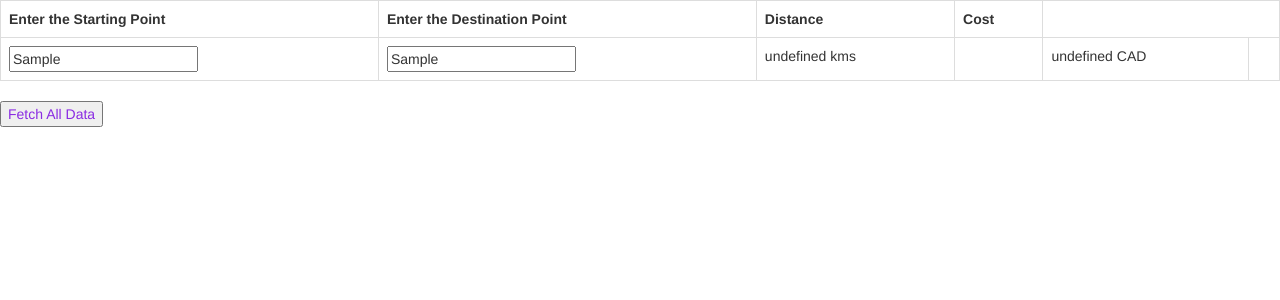
Repository: Gundeep-repos/407ETR_Assignment
Page: http://localhost/407ETR_Gundeep_Singh_assignment/
These files come from the project's save history. The page is drawn as it stood at one moment and after the next save; the edit follows.
The browser window is 1280 px wide. The pictures show the whole page.
Empty fields were first filled with sample values (such as "Sample", 5 or name@example.com).
After loading, the first visible `button` was clicked once.
The page is served by Tomcat 9. Other server files are loaded and not shown.

Above is the page before, as saved 2021-07-04 17:40:34.

### 407ETR_Gundeep_Singh_assignment/WebContent/index.jsp
<%@ page language="java" contentType="text/html; charset=ISO-8859-1" pageEncoding="ISO-8859-1"%>
<!DOCTYPE html PUBLIC "-//W3C//DTD HTML 4.01 Transitional//EN" "http://www.w3.org/TR/html4/loose.dtd">
<html>
<head>

<link href="css/bootstrap.css" rel="stylesheet" type="text/css"/>
<script src="jquery-1.12.2.min.js" type="text/javascript"></script>
<script src="js/bootstrap.js" type="text/javascript"></script>

<meta http-equiv="Content-Type" content="text/html; charset=ISO-8859-1">
<title>Insert title here</title>
<script>


function fetchCD(){


	var startingReference = document.getElementById("startingPoint").value;
	var destinationReference = document.getElementById("destinationPoint").value;
	var xhr = new XMLHttpRequest;


    // CORS Policy, should allow OPTIONS
    // AJAX uses OPTIONS instead of GET, POST which are enabled by default

    xhr.open("GET", "./ServiceClass?start="+startingReference+"&end="+destinationReference, true);

    // xhr.setRequestHeader('Access-Control-Allow-Origin','*');
    // xhr.setRequestHeader('Access-Control-Allow-Methods', 'OPTIONS');
    // xhr.setRequestHeader('Access-Control-Allow-Credentials', 'true');

    //for response receiving
    xhr.onreadystatechange = function ()
    {

    	if(xhr.readyState == 4 && xhr.status == 200){
    		alert("Hello");
    		var res = xhr.responseText.trim();

                console.log(res);

                var mainObj = JSON.parse(res);

                if(mainObj["status"] == "null"){
                	alert("Start Destination and End Destination should have some value");
                }else if(mainObj["status"] == "fail"){
                	alert("Incorrect Spellings for either Start/ End Destination");
                }

                document.getElementById("distance").innerHTML=mainObj["tripDistance"]+" kms";
                document.getElementById("cost").innerHTML=mainObj["costOfTrip"]+" CAD";
    	}

    };

    	xhr.send("Sent dete");

}



</script>
</head>
<body>

<div style="center">
<table class="table table-bordered">
<tr>
<th>Enter the Starting Point</th>
<th>Enter the Destination Point</th>
<th>Distance</th>
<th>Cost</th>
</tr>
<tr>
<td><input type="text" id="startingPoint"/></td>
<td><input type="text" id="destinationPoint"/></td>
<td id = "distance"><td>
<td id = "cost"><td>
</tr>
</table>
</div>
<button style="color: blueviolet" onclick="fetchCD()">Fetch All Data</button>
</body>
</html>

### 407ETR_Gundeep_Singh_assignment/src/ServiceClass.java

import java.io.FileReader;
import java.io.FileWriter;
import java.io.IOException;
import java.io.PrintWriter;
import java.nio.file.Path;
import java.nio.file.Paths;
import java.util.ArrayList;
import java.util.Arrays;
import java.util.HashMap;
import java.util.Iterator;
import java.util.Map;

import org.json.simple.JSONArray;
import org.json.simple.JSONObject;

import org.json.simple.parser.JSONParser;
import org.junit.Test;

import javax.servlet.ServletException;
import javax.servlet.annotation.WebServlet;
import javax.servlet.http.HttpServlet;
import javax.servlet.http.HttpServletRequest;
import javax.servlet.http.HttpServletResponse;


/**
 * Servlet implementation class ServiceClass
 */
@WebServlet("/ServiceClass")
public class ServiceClass extends HttpServlet {
	private static final long serialVersionUID = 1L;

    /**
     * @see HttpServlet#HttpServlet()
     */
    public ServiceClass() {
        super();
        // TODO Auto-generated constructor stub
    }

	/**
	 * @see HttpServlet#doGet(HttpServletRequest request, HttpServletResponse response)
	 */
	@SuppressWarnings("unchecked")
	protected void doGet(HttpServletRequest request, HttpServletResponse response) throws ServletException, IOException {
		// TODO Auto-generated method stub

		response.setContentType("text/html;charset=UTF-8");
		PrintWriter out = response.getWriter();

		JSONObject returnedObject = null;

		JSONParser parser = new JSONParser();

		String sPoint = request.getParameter("start");
		String ePoint = request.getParameter("end");

		if(sPoint==null || ePoint==null) {

			JSONObject nullObject = new JSONObject();

			nullObject.put("status", "null");
			nullObject.put("message", "Null Values Passed");

			returnedObject = nullObject;
			out.print(returnedObject.toJSONString());
 		}else {
			HelperClass helperObj = new HelperClass();
			returnedObject = helperObj.calculate(sPoint, ePoint);
			out.print(returnedObject.toJSONString());

		}


}

	/**
	 * @see HttpServlet#doPost(HttpServletRequest request, HttpServletResponse response)
	 */
	protected void doPost(HttpServletRequest request, HttpServletResponse response) throws ServletException, IOException {
		// TODO Auto-generated method stub
		doGet(request, response);
	}

}

### 407ETR_Gundeep_Singh_assignment/src/HelperClass.java
import java.io.File;
import java.io.FileReader;
import java.util.Arrays;
import java.util.HashMap;
import java.util.Map;

import org.json.simple.JSONArray;
import org.json.simple.JSONObject;
import org.json.simple.parser.JSONParser;

public class HelperClass {

	@SuppressWarnings("unchecked")
	public JSONObject calculate(String sPoint, String ePoint) {
		JSONParser parser = new JSONParser();
		JSONObject finalResponse = new JSONObject();

		try {


			Object obj = parser.parse(new FileReader("D:\\407\\407ETR_Gundeep_Singh_assignment\\src\\DataObjects\\interchanges.json"));


			// A JSON object. Key value pairs are unordered. JSONObject supports java.util.Map interface.
			JSONObject jsonObject = (JSONObject) obj;
			 JSONObject intersections = (JSONObject)jsonObject.get("locations");


			Object[] newArray = intersections.keySet().toArray();

			Map<String,String> pairValues = new HashMap<>();

			for (Object entry : newArray) {

				JSONObject intersection = (JSONObject)intersections.get(entry.toString());
				pairValues.put(intersection.get("name").toString().toUpperCase(),entry.toString());
			}


			String idOfStartPoint = pairValues.get(sPoint.toUpperCase());
			String idOfDestinationPoint = pairValues.get(ePoint.toUpperCase());

			System.out.println(idOfStartPoint);


			JSONObject startPointObject = (JSONObject) intersections.get(idOfStartPoint);
//			JSONObject endPointObject = (JSONObject) intersections.get(idOfDestinationPoint);

			float distance = 0.0f;
			float cost = 0.0f;

			System.out.println(startPointObject);

			while(Integer.parseInt(idOfStartPoint ) != Integer.parseInt(idOfDestinationPoint)) {
				if(Integer.parseInt(idOfStartPoint ) < Integer.parseInt(idOfDestinationPoint)) {
					JSONArray routes = (JSONArray) startPointObject.get("routes");
					JSONObject route = (JSONObject)routes.get(0);
					String toId = route.get("toId").toString();

					idOfStartPoint = toId;
					distance = distance + Float.parseFloat(route.get("distance").toString());
					startPointObject = (JSONObject) intersections.get(idOfStartPoint);


				}else {
					JSONArray routes = (JSONArray) startPointObject.get("routes");
					JSONObject route = (JSONObject)routes.get(1);
					String toId = route.get("toId").toString();

					idOfStartPoint = toId;
					distance = distance + Float.parseFloat(route.get("distance").toString());
					startPointObject = (JSONObject) intersections.get(idOfStartPoint);

				}
			}
			cost = 0.25f * distance;

			System.out.println(cost);
			System.out.println(distance);

			finalResponse.put("status", "success");
			finalResponse.put("message", "The Request Completed Successfuly");
			finalResponse.put("tripDistance", distance);
			finalResponse.put("costOfTrip", cost);

			return finalResponse;
//			out.print(finalResponse.toJSONString());

		}catch(Exception e) {
			e.printStackTrace();
		}
		return finalResponse;
	}

}

Loaded but not shown: 407ETR_Gundeep_Singh_assignment/WebContent/css/bootstrap.css (library); 407ETR_Gundeep_Singh_assignment/WebContent/jquery-1.12.2.min.js (library); 407ETR_Gundeep_Singh_assignment/WebContent/js/bootstrap.js (library)

After the next save:
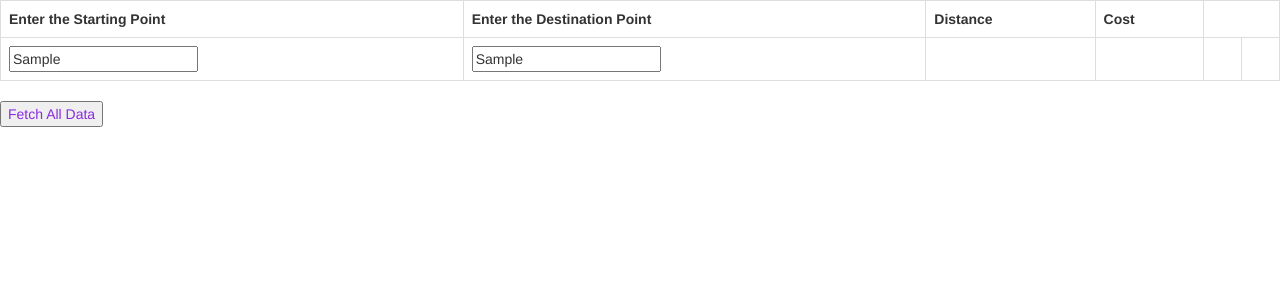
Saved 31 s later.
--- a/407ETR_Gundeep_Singh_assignment/WebContent/index.jsp
+++ b/407ETR_Gundeep_Singh_assignment/WebContent/index.jsp
@@ -45,10 +45,12 @@ function fetchCD(){
                 	alert("Start Destination and End Destination should have some value");
                 }else if(mainObj["status"] == "fail"){
                 	alert("Incorrect Spellings for either Start/ End Destination");
+                }else if(mainObj["status"] == "success"){
+                	document.getElementById("distance").innerHTML=mainObj["tripDistance"]+" kms";
+                    document.getElementById("cost").innerHTML=mainObj["costOfTrip"]+" CAD";
                 }
 
-                document.getElementById("distance").innerHTML=mainObj["tripDistance"]+" kms";
-                document.getElementById("cost").innerHTML=mainObj["costOfTrip"]+" CAD";
+
     	}
 
     };
